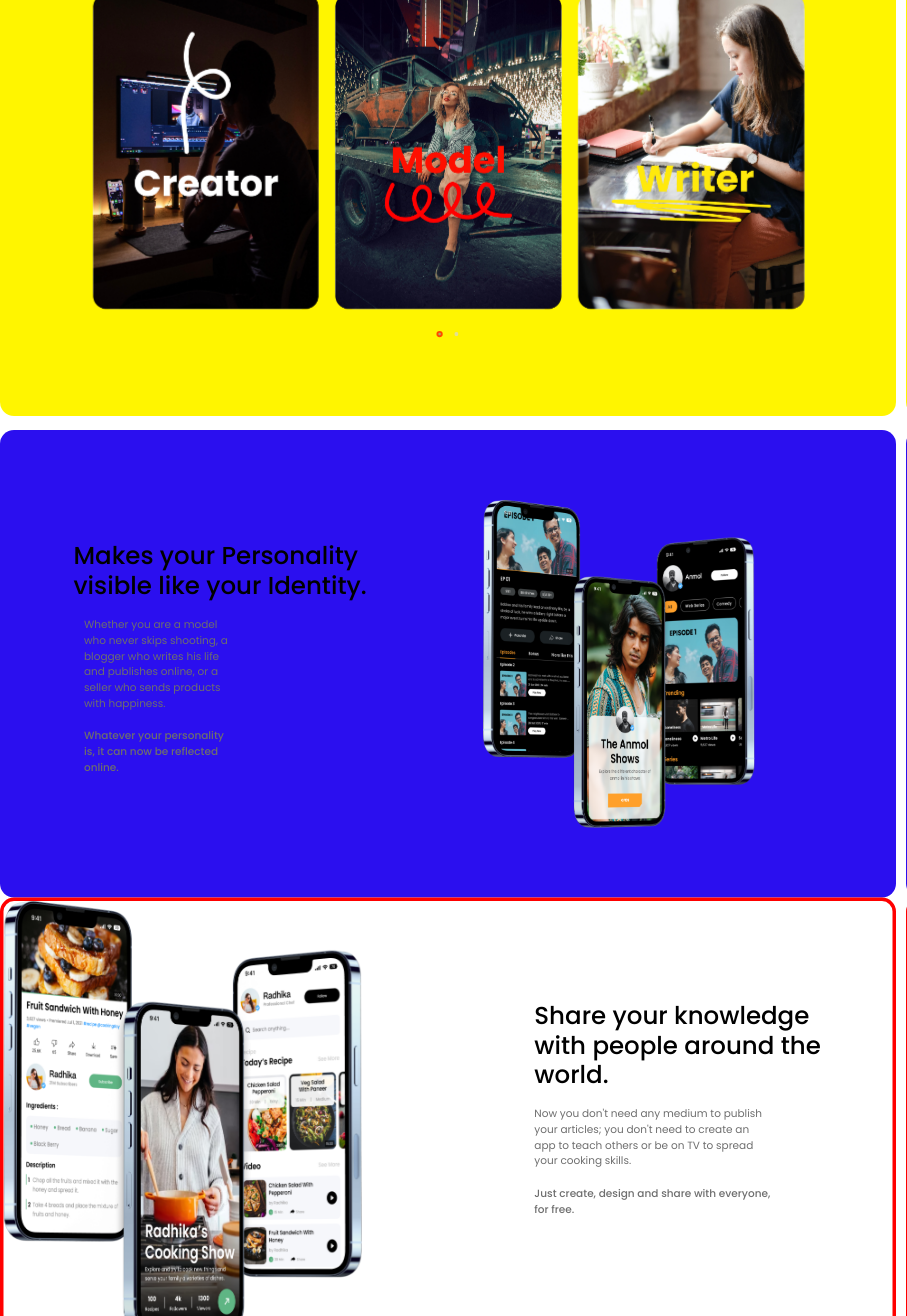
Repository: itsmesikandar/swavy.in.github.io
Page: index.html
An editor plug-in stored every save of this project. The page is shown before and after the next save, followed by the edit.
The browser window is 1280 px wide. The page is 1295 px wide, so the pictures cover 1295 px, including what lies to the right of the window. The pictures show the part of the page from y = 1596 to 3476 px (the page is 4890 px tall), at 70% of full size.

Above is the page before, as saved 2023-02-23 00:17:44.
Console error: TypeError: Cannot read properties of undefined (reading 'fn')

After the next save:
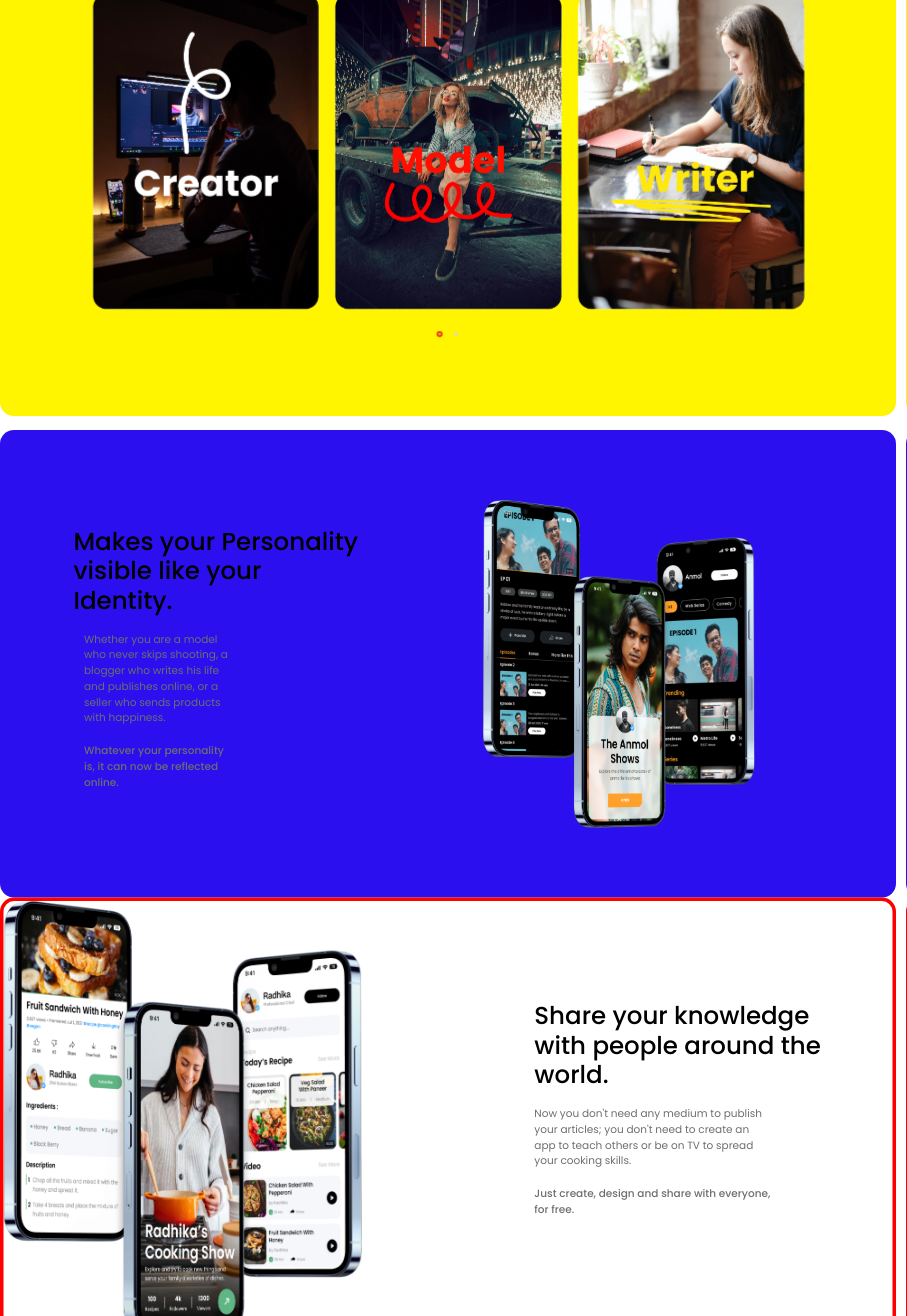
Saved 15 s later.
--- a/index.html
+++ b/index.html
@@ -139,7 +139,7 @@
               <div class="row">
                 <div class="row align-items-center">
                   <div class="col-12 col-lg-offset-1 col-lg-6 grid-margin grid-margin-lg-0 align-left paa-5" data-aos="fade-right">
-                    <h2 class="m-0 ">Makes your Personality<br>visible like your Identity.</h2>
+                    <h2 class="m-0 ">Makes your Personality<br>visible like your<br> Identity.</h2>
                     <div class="col-lg-7 col-xl-6 ">
                       <p class="py-4 m-0 text-muted">Whether you are a model who never skips shooting, a blogger who writes his life and publishes online, or a seller who sends products with happiness.</p>
                       <p class="font-weight-medium text-muted">Whatever your personality is, it can now be reflected online.</p>
